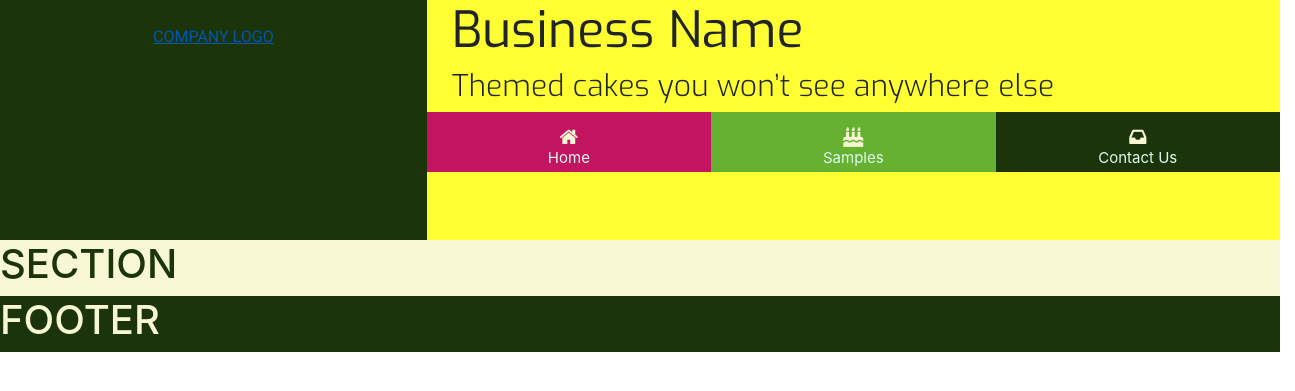
Repository: seanjcarley/Milestone1
Page: index.html
The author's editor kept a record of every edit. The page is drawn from the files as they stood at one moment, then again after the next edit.
The browser window is 1280 px wide. The page is 1295 px wide, so the pictures cover 1295 px, including what lies to the right of the window. The pictures show the whole page.

Above is the page before.

After the next edit:
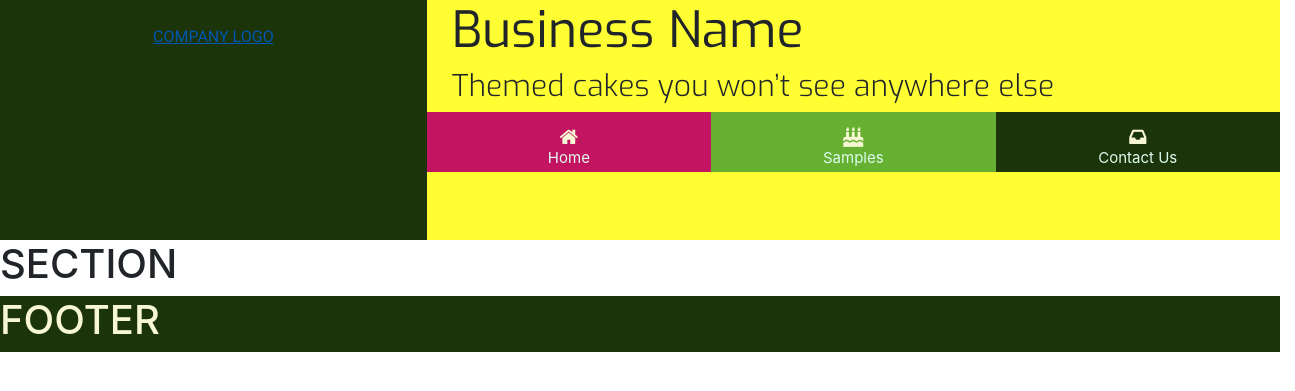
The edit:
--- a/css/style.css
+++ b/css/style.css
@@ -111,8 +111,6 @@
 
 section {
     margin: 0;
-    background-color: #F7F7D4;
-    color: #1B3409;
 }
 
 /*----------------------------------------------------------------------------*/

After the edit that followed:
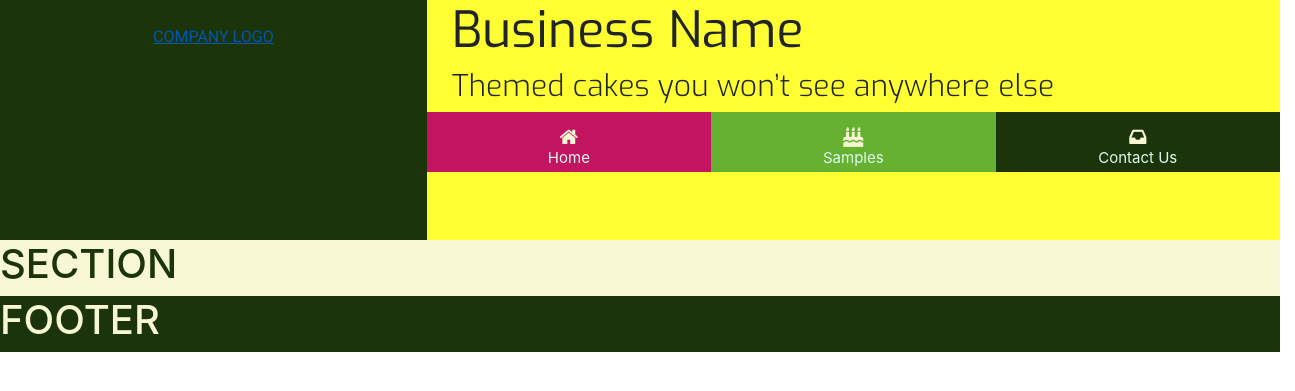
The edit:
--- a/css/style.css
+++ b/css/style.css
@@ -17,6 +17,11 @@
 .menu-item-color-contact {
     background-color: #1B3409;
     color: #F7F7D4;
+}
+
+.section-color {
+    background-color: #F7F7D4;
+    color: #1B3409;
 }
 
 .footer-color {
